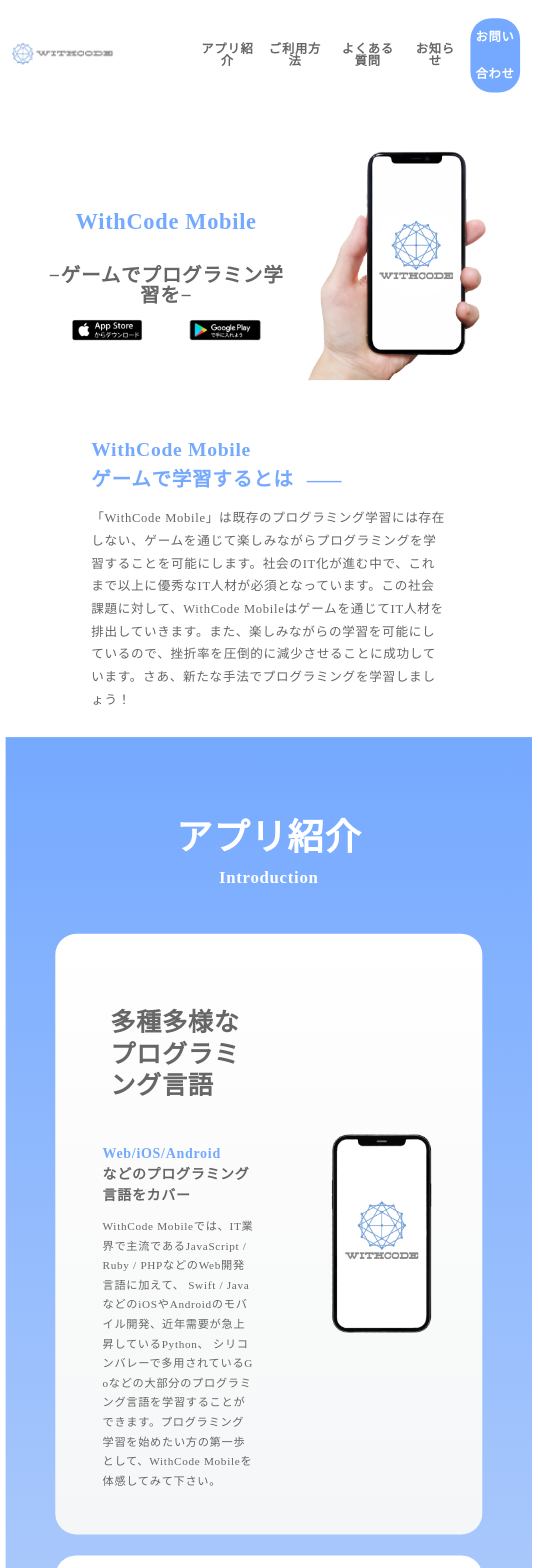
Repository: nozomi-23/LP2
Page: index.html
The author's editor kept a copy of each file at every save. The page is drawn from the files as they stood at one save, then again after a run of saves.
The browser window is 768 px wide. The pictures show the part of the page from y = 0 to 2240 px (the page is 8360 px tall), at 70% of full size.

Above is the page before, as saved 2022-06-15 22:31:24.
Not found: css/reset.css

### index.html
<!DOCTYPE html>
<html lang="ja">
<head>
  <meta charset="UTF-8">
  <title>プログラミング教材「WithCode」</title>
  <meta name="description" content="「人生をコードと共に」というビジョンを達成するべく、皆さんのプログラミング学習をサポートします。">
  <meta name="keywords" content="IT,プログラミング,コミュニティ">
  <meta name="viewport" content="width=device-width, initial-scale=1.0">
  <meta property="og:title" content="プログラミング教材「WithCode」">
  <meta property="og:type" content="article">
  <meta property="og:url" content="https://withcode-plus.tech">
  <meta property="og:image" content="img/logo.png">
  <meta property="og:description" content="「人生をコードと共に」というビジョンを達成するべく、皆さんのプログラミング学習をサポートします。">
  <meta property="og:site_name" content="プログラミング教材">
  <link rel="icon" href="favicon.ico">
  <link rel="apple-touch-icon" sizes="180x180" href="img/logo.png">
  <link rel="stylesheet" type="text/css" href="css/reset.css">
  <link rel="stylesheet" type="text/css" href="css/common.css">
</head>
<body>
  <!--======================= header -->
  <header>
    <div class="header_inner">
      <a href="#" class="header_logo">
        <img src="img/logo_1.png" alt="ロゴ画像">
      </a>
      <nav class="header_nav">
        <ul>
          <li><a href="#intro">アプリ紹介</a></li>
          <li><a href="#how">ご利用方法</a></li>
          <li><a href="#faq">よくある質問</a></li>
          <li><a href="#news">お知らせ</a></li>
          <li class="contact"><a href="#contact">お問い合わせ</a></li>
        </ul>
      </nav>
    </div>
    <!-- ハンバーガーメニュー CSS64行目〜 -->
    <div class="drawer"></div>
  </header>
  <main>
    <!--======================= top -->
    <section class="top section">
      <div class="inner">
        <div class="top_wrapper">
          <div class="top_left">
            <h1 class="font1">
              <p>WithCode Mobile</p>
              <small>−ゲームでプログラミン学習を−</small>
            </h1>
            <div class="download_wrapper">
              <div class="download_app">
                <a href="https://www.apple.com/jp/app-store/">
                  <img src="img/apple.png" alt="app store">
                </a>
              </div>
              <div class="download_google">
                <a href="https://play.google.com/store/apps?hl=ja&gl=US">
                  <img src="/img/google.png" alt="Google_Play">
                </a>
              </div>
            </div>
          </div>
          <div class="top_right">
            <img src="img/app_img_1.png" alt="スマホ画像">
          </div>
        </div>
      </div>
    </section>
    <!--======================= feature -->
    <section class="feature">
      <div class="inner">
        <h2 class="font2">
          WithCode Mobile<br>ゲームで学習するとは
        </h2>
        <p class="feature_txt">「WithCode
        Mobile」は既存のプログラミング学習には存在しない、ゲームを通じて楽しみながらプログラミングを学習することを可能にします。社会のIT化が進む中で、これまで以上に優秀なIT人材が必須となっています。この社会課題に対して、WithCode
        Mobileはゲームを通じてIT人材を排出していきます。また、楽しみながらの学習を可能にしているので、挫折率を圧倒的に減少させることに成功しています。さあ、新たな手法でプログラミングを学習しましょう！</p>
      </div>
    </section>
    <!--======================= intro -->
    <section class="intro section" id="intro">
      <div class="inner">
        <h3 class="font3">アプリ紹介
          <small>Introduction</small></h3>
        <div class="app_all">
          <div class="app_innre">
            <div class="app_wrapper">
              <div class="app_left">
                <h4 class="font4">多種多様な<br>プログラミング言語</h4>
                <h5 class="font5">
                  <strong>Web/iOS/Android</strong>
                  <br>などのプログラミング言語をカバー
                </h5>
                <p class="descript">WithCode Mobileでは、IT業界で主流であるJavaScript / Ruby / PHPなどのWeb開発言語に加えて、 Swift / JavaなどのiOSやAndroidのモバイル開発、近年需要が急上昇しているPython、
                シリコンバレーで多用されているGoなどの大部分のプログラミング言語を学習することができます。プログラミング学習を始めたい方の第一歩として、WithCode Mobileを体感してみて下さい。</p>
              </div>
              <div class="app_right">
                <img src="img/app_img_2.png" alt="アプリ紹介１">
              </div>
            </div>
          </div>
          <div class="app_innre">
            <div class="app_wrapper reverse_wrapper">
              <div class="app_left raverse_left">
                <h4 class="font4">多種多様な<br>プログラミング言語</h4>
                <h5 class="font5">
                  <strong>Web/iOS/Android</strong>
                  <br>などのプログラミング言語をカバー
                </h5>
                <p class="descript">WithCode Mobileでは、IT業界で主流であるJavaScript / Ruby / PHPなどのWeb開発言語に加えて、 Swift /
                  JavaなどのiOSやAndroidのモバイル開発、近年需要が急上昇しているPython、
                  シリコンバレーで多用されているGoなどの大部分のプログラミング言語を学習することができます。プログラミング学習を始めたい方の第一歩として、WithCode Mobileを体感してみて下さい。</p>
              </div>
              <div class="app_right reverse_right">
                <img src="img/app_img_2.png" alt="アプリ紹介１">
              </div>
            </div>
          </div>
          <div class="app_innre">
            <div class="app_wrapper">
              <div class="app_left">
                <h4 class="font4">多種多様な<br>プログラミング言語</h4>
                <h5 class="font5">
                  <strong>Web/iOS/Android</strong>
                  <br>などのプログラミング言語をカバー
                </h5>
                <p class="descript">WithCode Mobileでは、IT業界で主流であるJavaScript / Ruby / PHPなどのWeb開発言語に加えて、 Swift /
                  JavaなどのiOSやAndroidのモバイル開発、近年需要が急上昇しているPython、
                  シリコンバレーで多用されているGoなどの大部分のプログラミング言語を学習することができます。プログラミング学習を始めたい方の第一歩として、WithCode Mobileを体感してみて下さい。</p>
              </div>
              <div class="app_right">
                <img src="img/app_img_2.png" alt="アプリ紹介１">
              </div>
            </div>
          </div>
        </div>
      </div>
    </section>
        <!--======================= how -->
    <section class="how secton" id="how">
      <div class="inner">
        <h3 class="font3 font3_sub">ご利用方法
          <small>How to Use</small>
        </h3>
        <div class="how_wrapper">
          <div class="how_block">
            <h4 class="font4 font4_sub">iOS</h4>
            <ul class="how_list">
              <li>1. Apple Store</li>
              <p>⬇︎</p>
              <li>1. Apple Store</li>
              <p>⬇︎</p>
              <li>1. Apple Store</li>
              <p>⬇︎</p>
              <li>1. Apple Store</li>
              <p>⬇︎</p>
              <li>1. Apple Store</li>
              <p>⬇︎</p>
              <li>1. Apple Store</li>
              <p>⬇︎</p>
            </ul>
          </div>
          <div class="how_block">
            <h4 class="font4 font4_sub">Android</h4>
            <ul class="how_list">
              <li>1. Google Store</li>
              <p>⬇︎</p>
              <li>1. Apple Store</li>
              <p>⬇︎</p>
              <li>1. Apple Store</li>
              <p>⬇︎</p>
              <li>1. Apple Store</li>
              <p>⬇︎</p>
              <li>1. Apple Store</li>
              <p>⬇︎</p>
              <li>1. Apple Store</li>
              <p>⬇︎</p>
            </ul>
          </div>
        </div>
      </div>
    </section>
    <!--======================= faq -->
    <section class="faq section" id="faq">
      <div class="inner">
        <h3 class="font3 font3_sub">よくある質問
          <small>Q&A</small>
        </h3>
        <div class="faq_txt">
          <ul>
            <li>利用料金はかかりますか？</li>
            <p><strong>Q.</strong>無料コースに関するご利用に関しては無料ですが、有料コースのご利用には有料となってます。</p>
            <li>利用料金はかかりますか？</li>
            <p><strong>Q.</strong>無料コースに関するご利用に関しては無料ですが、有料コースのご利用には有料となってます。</p>
            <li>利用料金はかかりますか？</li>
            <p><strong>Q.</strong>無料コースに関するご利用に関しては無料ですが、有料コースのご利用には有料となってます。</p>
            <li>利用料金はかかりますか？</li>
            <p><strong>Q.</strong>無料コースに関するご利用に関しては無料ですが、有料コースのご利用には有料となってます。</p>
            <li>利用料金はかかりますか？</li>
            <p><strong>Q.</strong>無料コースに関するご利用に関しては無料ですが、有料コースのご利用には有料となってます。</p>
            <li>利用料金はかかりますか？</li>
            <p><strong>Q.</strong>無料コースに関するご利用に関しては無料ですが、有料コースのご利用には有料となってます。</p>
          </ul>
          <div class="btn">
            <a href="#">その他の質問を見る</a>
          </div>
        </div>
      </div>
    </section>
    <!--======================= news -->
    <section class="news section" id="news">
      <div class="inner">
        <h3 class="font3 font3_sub">お知らせ
          <small>news</small>
        </h3>
        <div class="news_txt">
        <ul>
          <li><strong>2022.01.01</strong>プレスリリース</li>
          <p>WithCode Mobileを正式リリース</p>
          <li><strong>2022.01.01</strong>プレスリリース</li>
          <p>WithCode Mobileを正式リリース</p>
          <li><strong>2022.01.01</strong>プレスリリース</li>
          <p>WithCode Mobileを正式リリース</p>
          <li><strong>2022.01.01</strong>プレスリリース</li>
          <p>WithCode Mobileを正式リリース</p>
          <li><strong>2022.01.01</strong>プレスリリース</li>
          <p>WithCode Mobileを正式リリース</p>
        </ul>
      </div>
    </div>
    </section>
    <!--======================= contact -->
    <section class="contact_btn section" id="contact">
      <div class="btn">
        <a href="#">お問い合わせ</a>
      </div>
    </section>
  </main>
  <!--======================= footer -->
  <footer class="footer">
    <div class="inner">
      <div class="footer_logo_wrapper">
        <a href="#" class="footer_logo_1">
          <img src="img/logo_1.png" alt=" ロゴ">
        </a>
        <a href="#" class="footer_logo_2">
          <img src="img/twitter.png" alt="ロゴ">
        </a>
      </div>
      <div class="footer_list_wrapper">
        <ul>
          <li><a href="#intro">アプリ紹介</a></li>
        </ul>
        <ul>
          <li><a href="#how">ご利用方法</a></li>
          <li><a href="#how">ご利用方法</a></li>
        </ul>
        <ul class="border">
          <li><a href="#how">ご利用方法</a></li>
          <li><a href="#how">ご利用方法</a></li>
          <li><a href="#how">ご利用方法</a></li>
        </ul>
      </div>
      <p class="mail">mail : withcode.official@gmail.com</p>
      <p class="copyright">©︎ 2021 WithCode.All Rights Reserved</p>
    </div>
  </footer>
</body>
</html>

### css/common.css
@charset "UTF-8";

body {
  font-size: 18px;
  line-height: 1;
  letter-spacing: 1px;
  word-break: break-all;
  color: #666;
}

a {
  text-decoration: none;
  color: #666;
}

li {
  list-style: none;
}
/* ===================
header
=======================*/
.header_inner {
  display: flex;
  justify-content: space-between;
  align-items: center;
  margin: 1%;
}
.header_logo {
  width: 20%;
}
.header_logo img {
  width: 100%;
  height: 100%;
}
.header_nav {
  width: 70%;
}
.header_nav ul {
  display: flex;
  justify-content: flex-end;
  align-items: center;
}
.header_nav ul li {
  text-align: center;
  font-size: 1.1rem;
  font-weight: bold;
  margin: 0 2%;
}
.header_nav ul li:hover {
  opacity: 0.5;
}
.contact {
  width: 18%;
  background: #75a9ff;
  border-radius: 30px;
  line-height: 3;
}
.contact a {
  color: #fff;
  display: block;
  width: 100%;
  height: 100%;
}
/* ハンバーガーメニュー 要素を不可視にする*/
.drawer {
  visibility: hidden;
}
/* ===================
共通レイアウト
=======================*/
.section {
  padding: 7% 0 ;
  position: relative;
}
.inner {
  width: 90%;
  margin: 0 auto;
}
/* ===================
top
=======================*/
.top_wrapper {
  display: flex;
  justify-content: space-evenly;
  align-items: center;
}
.top_left {
  width: 50%;
}
.font1 {
  font-size: 1.5rem;
  font-weight: bold;
  text-align: center;
}
.font1 p {
  font-size: 3.25rem;
  text-align: center;
  color: #75a9ff;
  line-height: 2;
}
.font1 small {
  font-size: 1.75rem;
  font-weight: bold;
}
.download_wrapper {
  display: flex;
  margin: 5% 0;
}
.download_app {
  width: 50%;
}
.download_app a {
  display: flex;
  justify-content: center;
}
.download_app img {
  width: 60%;
}
.download_google {
  width: 50%;
}
.download_google a {
  display: flex;
  justify-content: center;
}
.download_google img {
  width: 60%;
}
.top_right {
  width: 40%;
}
.top_right img {
  width: 100%;
  height: 100%;
}
/* ===================
feature
=======================*/
.feature {
  width: 75%;
  margin: 0 auto;
}
.font2 {
  font-size: 1.75rem;
  color: #75a9ff;
  line-height: 1.5;
  margin-bottom: 2.5%;
}
.font2::after {
  content: "";
  background: #75a9ff;
  height: 2px;
  width: 10%;
  display: inline-block;
  vertical-align: middle;
  margin-left: 2%;
}
.feature_txt {
  line-height: 1.8;
}
/* ===================
intro
=======================*/
.intro {
  background: linear-gradient(to bottom, #75a9ff, #f5f6f7);
  margin-top: 5%;
}
.font3 {
  font-size: 3.25rem;
  color: #fff;
  text-align: center;
  padding-bottom: 1.5%;
  line-height: 1.5;
}
.font3 small {
  font-size: 1.5rem;
  display: block;
}
.app_all {
  width: 90%;
  margin: 0 auto;
}
.app_innre {
  background: linear-gradient(to bottom, #fff, #f5f6f7);
  border-radius: 30px;
  padding: 7.5% 5%;
  margin-top: 5%;
}
.app_wrapper {
  display: flex;
  justify-content: space-evenly;
  align-items: center;
}
.app_left {
  width: 40%;
}
.font4 {
  font-size: 2.25rem;
  line-height: 1.25;
  padding: 5%;
}
.font5 {
  font-size: 1.25rem;
  margin-bottom: 3%;
  line-height: 1.5;
}
.font5 strong {
  color: #75a9ff;
}
.descript {
  font-size: 1rem;
  line-height: 1.75;
}
.app_right{
  width: 40%;
  display: flex;
  justify-content: flex-end;
}
.app_right img {
  width: 70%;
}
.reverse_wrapper {
  flex-flow: row-reverse;
}
.reverse_right {
  justify-content: flex-start;
}
/* ===================
how
=======================*/
.how {
  background: #f5f6f7;
}
.font3_sub {
  color: #666;
}
.how_wrapper {
  display: flex;
  justify-content: space-evenly;
  align-items: center;
  margin: 5% 0;
}
.how_block {
  width: 35%;
  border: 3px solid #75a9FF;
  border-radius: 30px;
  text-align: center;
}
.font4_sub {
color: #75a9ff;
padding: unset;
font-size: 2.25rem;
}
.how_list {
  display: inline-block;
  width: 50%;
  margin: 3% 0;
}
.how_list li {
  border-bottom: 2.5px solid #777;
  padding: 3%;
  font-size: 1.35rem;
  font-weight: bold;
  color: #777;
}
.how_list p {
  font-size: 2rem;
  padding-top: 5%;
  font-weight: bold;
  color: #e65c7a;
}
/* ===================
faq
=======================*/
.faq {
  background: linear-gradient(to bottom, #75a9ff, #f5f6f7);
}
.faq_txt {
  background: #f5f6f7;
  padding: 7.5%;
  border-radius: 30px;
}
.faq_txt ul {
  margin-bottom: 5%;
}
.faq_txt ul li {
  line-height: 1.5;
}
.faq_txt ul li::before {
  content: "";
  display: inline-block;
  width: 10px;
  height: 10px;
  background-color: #555;
  border-radius: 50%;
  margin-right: 1%;
}
.faq_txt ul p {
  line-height: 2.5;
}
.faq_txt ul p strong {
  color: #75a9ff;
}
.btn {
  width: 25%;
  margin: 0 auto;
  line-height: 3;
}
.btn a {
  background-color: #888;
  color: #fff;
  width: 100%;
  height: 100%;
  text-align: center;
  font-size: 1.35rem;
  border-radius: 10px;
  display: inline-block;
}
/* ===================
news
=======================*/
.news {
  background: #f5f6f7;
}
.news_txt {
  background-color: #fff;
  padding: 7.5%;
  border-radius: 30px;
}
.news_txt ul {
  margin-bottom: 5%;
}
.news_txt ul li {
  line-height: 2.5;
}
.news_txt ul li strong {
  color: #75a9ff;
}
.news_txt ul p {
  line-height: 1.5;
}
/* ===================
contact_btn
=======================*/
.contact_btn {
  background: #f5f6f7;
}
/* ===================
footer
=======================*/
.footer {
  background: #555;
  padding: 2.5%;
}
.footer_logo_wrapper {
  display: flex;
  align-items: center;
}
.footer_logo_1 {
  width: 25%;
}
.footer_logo_1 img {
  width: 100%;
  height: 100%;
  margin-right: 2.5%;
}
.footer_logo_2 {
  width: 5%;
}
.footer_logo_2 img {
  width: 100%;
  height: 100%;
}
.footer_list_wrapper {
  display: flex;
  justify-content: space-evenly;
  margin: 5% 0;
}
.footer_list_wrapper ul li {
  margin-bottom: 10%;
}
.footer_list_wrapper ul li a {
  font-size: 1rem;
  color: #fff;
}
.border {
  border-left: 2px solid #fff;
  padding-left: 10px;
}
.border li:nth-last-of-type(3) {
  margin-bottom: 1%;
}
.mail {
  font-size: 0.75rem;
  text-align: center;
  color: #fff;
  margin-bottom: 1.5%;
}
.copyright {
  font-size: 0.75rem;
  text-align: center;
  color: #fff;
}
/* ===================
レスポンシブ
=======================*/
@media screen and (max-width: 1024px) {}
@media screen and (max-width: 768px) {

  .top_left {
    width: 50%;
  }
  .font1 p{
    font-size: 2rem;
  }
  .font1

}

After the next 3 saves:
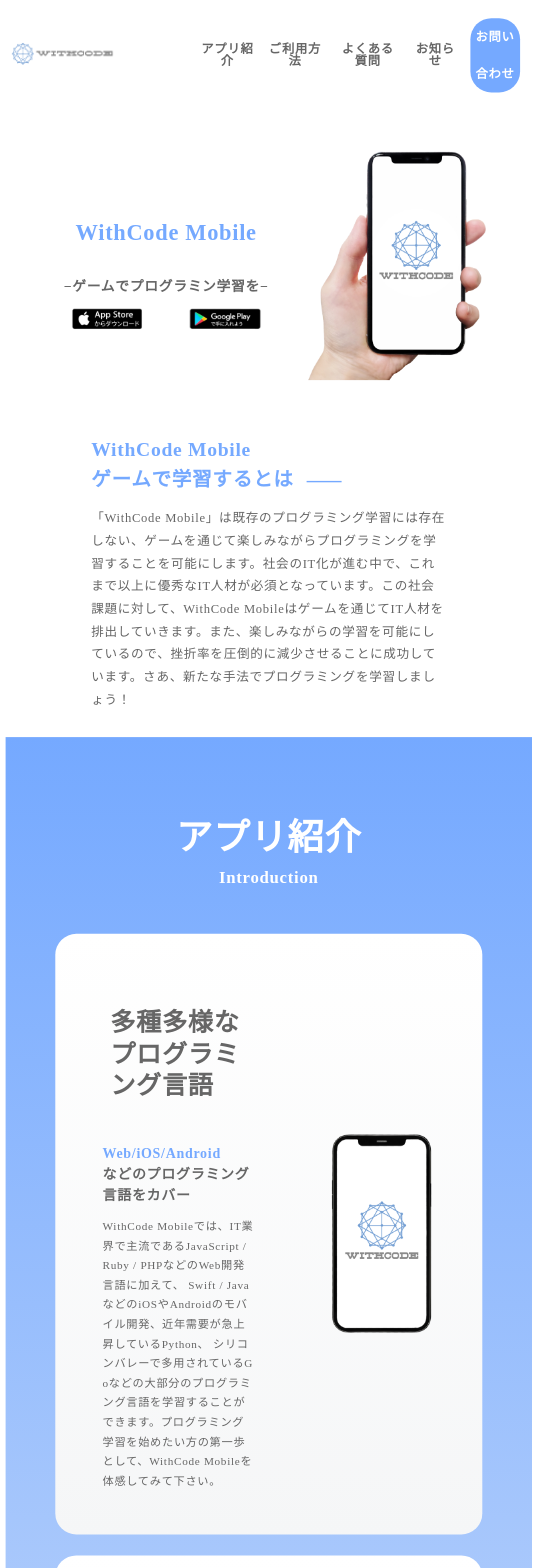
The 3 saves are shown as one change because they came seconds apart.
The last was saved 16 s later.
--- a/css/common.css
+++ b/css/common.css
@@ -413,6 +413,8 @@
   .font1 p{
     font-size: 2rem;
   }
-  .font1
+  .font1 small {
+    font-size: 1.23rem;
+  }
 
 }
